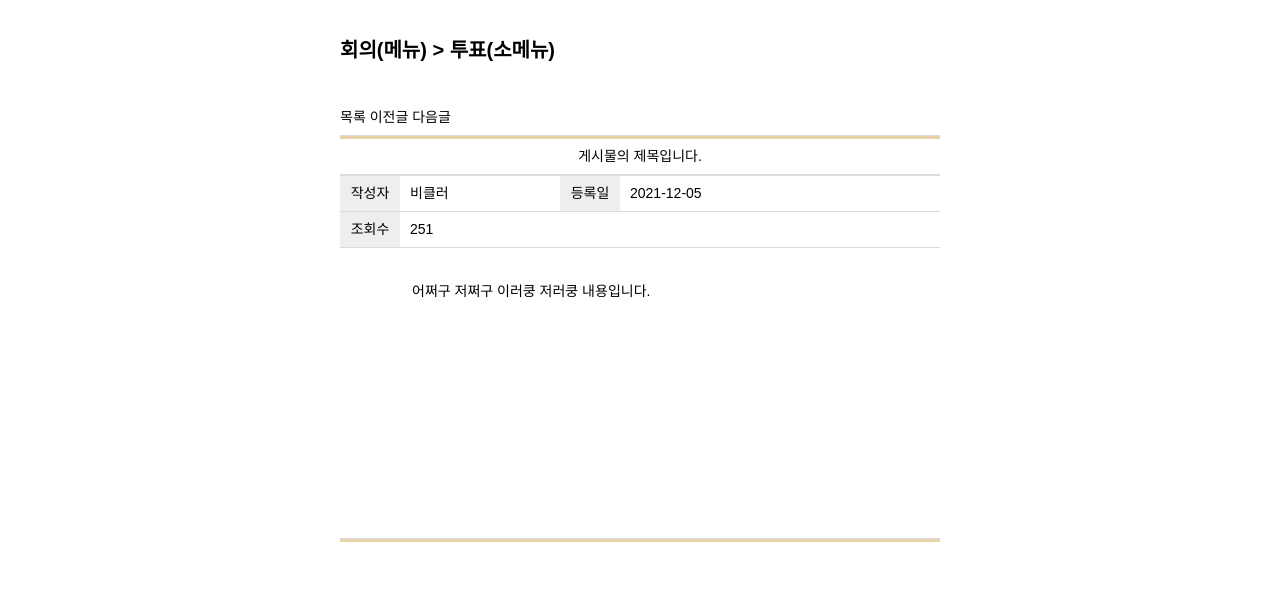
Repository: hyodii/FinalProject
Page: http://localhost/ViewPage/pageInCommon.jsp
The author's editor kept a copy of each file at every save. The page is drawn from the files as they stood at one save, then again after the next save.
The browser window is 1280 px wide. The pictures show the whole page.
The page is served by Tomcat 9.

Above is the page before, as saved 2021-12-08 12:42:44.

### ViewPage/WebContent/pageInCommon.jsp
<%@ page language="java" contentType="text/html; charset=UTF-8"
	pageEncoding="UTF-8"%>
<!DOCTYPE html>
<html>
<head>
<meta charset="UTF-8">
<title>pageInCommon.jsp</title>
<style type="text/css">
/*reset*/
* {margin: 0;padding: 0;}
body {margin: 0;}
h1, h2, h3, h4, h5, h6, p, ul, ol, li, dl, dt, dd {margin: 0; padding: 0;}
h1, h2, h3, h4, h5, h6 {font-weight: 700; }
a {color: inherit; text-decoration: inherit;}
img {vertical-align: middle;}
a img {border: none;}
li {list-style: none;}
address, em, i, ul {font-style: normal;}

/*layout*/
.mo {display: none;}
.en {font-family: 'Exo 2', sans-serif;}
body {font-family: 'Noto Sans KR', sans-serif; font-size: 14px;}
.wrap {margin: 0 auto; }

#bbs
{
	width:600px;
	margin:30px auto;
	text-align:left;
}

#bbs_title
{
	width:574px;
	/* padding-left:20px; */
	height:40px;
	/* border:3px solid #D6D4A6; */
	text-align:left;
	font-weight: bold;
	line-height:40px;
	font-size:15pt;
	margin-bottom:30px;
}

#bbsArticle
{
	width:600px;
	overflow: visible;
	border-top:3px solid #E6D4A6;
	border-bottom:3px solid #E6D4A6;
	text-align:left;
}

#bbsArticle_header
{
	height:35px;
	line-height:35px;
	border-bottom:2px solid #DBDBDB;
	text-align:center;
}
#bbsArticle dl
{
	margin: 0px;
}
#bbsArticle dt
{
	float:left;
	height:35px;
	width:60px;
	line-height:35px;
	text-align:center;
	background-color:#EEEEEE;
}

#bbsArticle dd
{
	float:left;
	height:35px;
	width:150px;
	line-height:35px;
	text-align:left;
	padding-left:10px;
}

.bbsArticle_bottomLine
{
	height:35px;
	line-height:35px;
	border-bottom:1px solid #DBDBDB;
	clear:both;
	text-align:left;
}

.bbsArticle_noLine
{
	height:35px;
	line-height:35px;
	clear:both;
	text-align:left;
}

#bbsArticle_content
{
    overflow: visible;
    border-bottom:1px solid #DBDBDB;
    text-align:left;
    min-height:250px;
    padding: 20px 60px 20px 60px;
    word-break:break-all;
}

#bbsArticle_footer
{
	clear:both;
	height:32px;
	line-height:32px;
	margin-bottom:20px;
}

#bbsArticle_footer #leftFooter
{
	float:left;
	width:300px;
	text-align:left;
}

#bbsArticle_footer #rightFooter
{
	float:right;
	width:300px;
	text-align:right;
}
</style>
</head>
<body>

<div id="bbs">

	<div id="bbs_title">
		회의(메뉴) > 투표(소메뉴)
	</div>

	<div class="bbsArticle_bottomLine">
		목록
		이전글
		다음글
	</div>

	<div id="bbsArticle">

		<div id="bbsArticle_header">
			게시물의 제목입니다.
		</div>

		<div class="bbsArticle_bottomLine">
			<dl>
				<dt>작성자</dt>
				<dd>비클러</dd>

				<dt>등록일</dt>
				<dd>2021-12-05</dd>
			</dl>
		</div>

		<div class="bbsArticle_bottomLine">
			<dl>
				<dt>조회수</dt>
				<dd>251</dd>
			</dl>
		</div>

		<div id="bbsArticle_content">
			<table style="width: 600">
				<tr>
					<td style="padding: 10px 40px 10px 10px; vertical-align: top; height: 150">
						어쩌구 저쩌구 이러쿵 저러쿵 내용입니다.<br>
					</td>
				</tr>
			</table>
		</div>



	</div><!-- close #bbsArticle -->


</div><!-- close #bbs -->


</body>
</html>

After the next save:
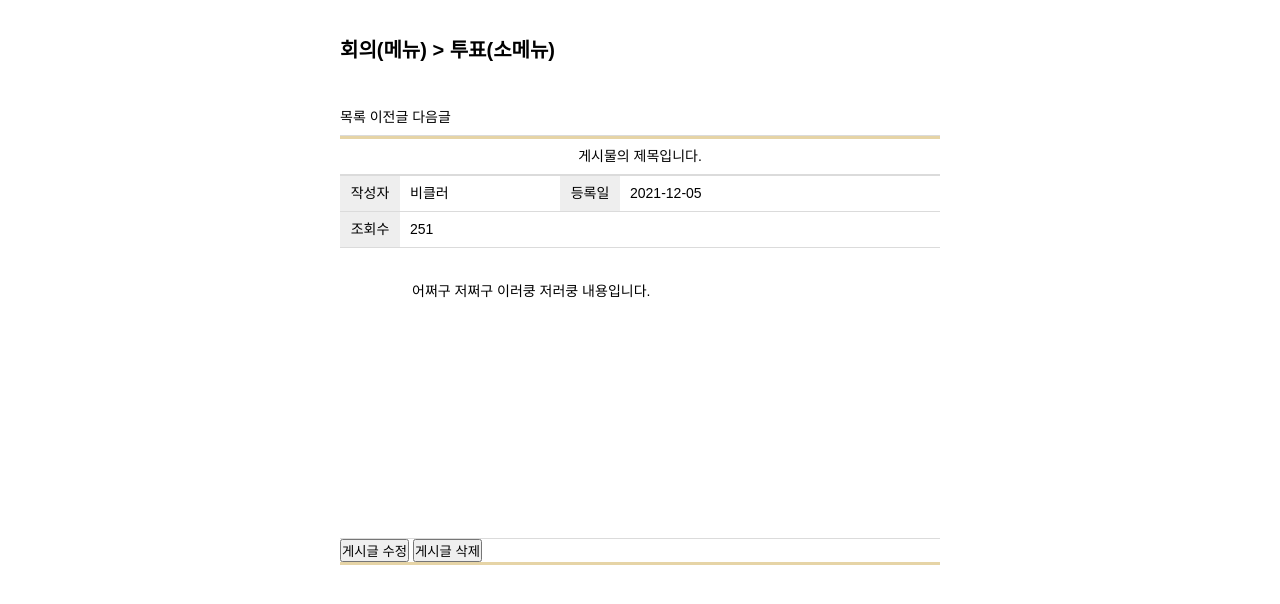
Saved 27 min 10 s later.
--- a/ViewPage/WebContent/pageInCommon.jsp
+++ b/ViewPage/WebContent/pageInCommon.jsp
@@ -180,6 +180,10 @@ body {font-family: 'Noto Sans KR', sans-serif; font-size: 14px;}
 			</table>
 		</div>
 
+		<div>
+			<input type="button" value="게시글 수정" />
+			<input type="button" value="게시글 삭제" />
+		</div>
 
 
 	</div><!-- close #bbsArticle -->
